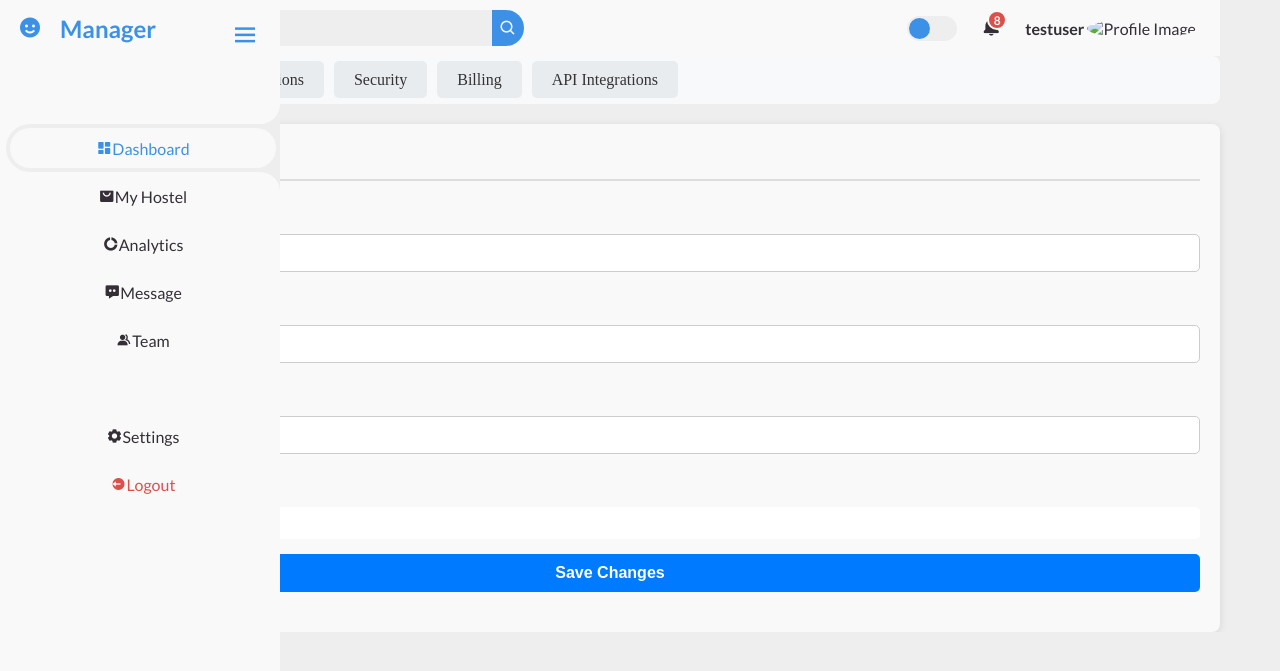
Repository: peter417waweru/hostelkona
Page: http://localhost/settings/
These files come from the project's save history. The page is drawn as it stood at one moment and after the next save; the edit follows.
The browser window is 1280 px wide. The pictures show the whole page.
Empty fields were first filled with sample values (such as "Sample", 5 or name@example.com).
After loading, the first visible `#sidebar-toggle` was clicked once.
The page is served by the project's application, run on Django 5.2 (hostelkona/manage.py). A made-up administrator, testuser (Test User, test@example.com), is signed in. Other server files are loaded and not shown. Queries for data that is not in the repository find no rows.

Above is the page before, as saved 2025-01-26 12:24:46.
Console error: SyntaxError: Identifier 'sidebar' has already been declared

### hostelkona/kona/templates/dashboard/settings.html
{% extends 'dashbase.html' %}
{% block content %}
{% load static %}
<link rel="stylesheet" href="{% static 'styles/settings.css' %}">
<main>

    <!-- SETTINGS NAVIGATION -->
    <div class="settings-navigation">
        <ul>
            <li class="active"><a href="#profile-settings">Profile</a></li>
            <li><a href="#hostel-settings">Hostel</a></li>
            <li><a href="#notifications-settings">Notifications</a></li>
            <li><a href="#security-settings">Security</a></li>
            <li><a href="#billing-settings">Billing</a></li>
            <li><a href="#api-settings">API Integrations</a></li>
        </ul>
    </div>
    <div class="settings-content">
        <!-- Profile Settings -->
        <section id="profile-settings" class="settings-section active">
            <h2>Profile Settings</h2>
            <form>
                <label for="username">Username:</label>
                <input type="text" id="username" value="{{ user.username }}" placeholder="Update your username">

                <label for="email">Email Address:</label>
                <input type="email" id="email" value="{{ user.email }}" placeholder="Update your email">

                <label for="phone">Phone Number:</label>
                <input type="tel" id="phone" value="{{ user.phone }}" placeholder="Enter your phone number">

                <label for="profile-picture">Profile Picture:</label>
                <input type="file" id="profile-picture">

                <button type="submit" class="btn save">Save Changes</button>
            </form>
        </section>

        <!-- Hostel Settings -->
        <section id="hostel-settings" class="settings-section">
            <h2>Hostel Settings</h2>
            <form>
                <label for="hostel-name">Hostel Name:</label>
                <input type="text" id="hostel-name" value="{{ hostel.name }}" placeholder="Enter hostel name">

                <label for="address">Address:</label>
                <textarea id="address" placeholder="Enter hostel address">{{ hostel.address }}</textarea>

                <label for="amenities">Amenities:</label>
                <input type="text" id="amenities" value="{{ hostel.amenities }}" placeholder="Comma-separated list of amenities">

                <button type="submit" class="btn save">Save Changes</button>
            </form>
        </section>

        <!-- Notifications Settings -->
        <section id="notifications-settings" class="settings-section">
            <h2>Notifications Settings</h2>
            <form>
                <label>
                    <input type="checkbox" id="email-notifications" {% if user.email_notifications %}checked{% endif %}>
                    Enable Email Notifications
                </label>

                <label>
                    <input type="checkbox" id="sms-notifications" {% if user.sms_notifications %}checked{% endif %}>
                    Enable SMS Notifications
                </label>

                <button type="submit" class="btn save">Save Changes</button>
            </form>
        </section>

        <!-- Security Settings -->
        <section id="security-settings" class="settings-section">
            <h2>Security Settings</h2>
            <form>
                <label for="current-password">Current Password:</label>
                <input type="password" id="current-password" placeholder="Enter your current password">

                <label for="new-password">New Password:</label>
                <input type="password" id="new-password" placeholder="Enter a new password">

                <label for="confirm-password">Confirm Password:</label>
                <input type="password" id="confirm-password" placeholder="Re-enter the new password">

                <button type="submit" class="btn save">Update Password</button>
            </form>
        </section>

        <!-- Billing Settings -->
        <section id="billing-settings" class="settings-section">
            <h2>Billing Settings</h2>
            <form>
                <label for="card-number">Card Number:</label>
                <input type="text" id="card-number" placeholder="Enter your credit card number">

                <label for="billing-address">Billing Address:</label>
                <textarea id="billing-address" placeholder="Enter your billing address">{{ user.billing_address }}</textarea>

                <button type="submit" class="btn save">Save Billing Info</button>
            </form>
        </section>

        <!-- API Integrations -->
        <section id="api-settings" class="settings-section">
            <h2>API Integrations</h2>
            <form>
                <label for="api-key">API Key:</label>
                <input type="text" id="api-key" value="{{ user.api_key }}" readonly>

                <button type="button" class="btn regenerate">Regenerate API Key</button>
            </form>
        </section>
    </div>
</main>
<script src="{% static 'js/dashboard.js' %}"></script>
{% endblock content %}

### hostelkona/templates/dashbase.html
<!DOCTYPE html>
<html lang="en">
<head>
	<meta charset="UTF-8">
	<meta name="viewport" content="width=device-width, initial-scale=1.0">

	<!-- Boxicons -->
	<link href='https://unpkg.com/boxicons@2.0.9/css/boxicons.min.css' rel='stylesheet'>
	<!-- My CSS -->
	{% load static %}
	<link rel="stylesheet" href="{% static 'css/dashbase.css' %}">
	<title>Manager Dashboard</title>
</head>
<body>

	<!-- SIDEBAR -->
	<section id="sidebar">
		<a href="#" class="brand">
			<i class='bx bxs-smile'></i>
			<span class="text">Manager</span>
		</a>
		<button id="sidebar-toggle" class="sidebar-toggle">
			<i class='bx bx-menu'></i>
		</button>
		<ul class="side-menu top">
			<li class="active">
				<a href="#">
					<i class='bx bxs-dashboard'></i>
					<span class="text">Dashboard</span>
				</a>
			</li>
			<li>
				<a href="{% url 'manager_hostels' %}">
					<i class='bx bxs-shopping-bag-alt'></i>
					<span class="text">My Hostel</span>
				</a>
			</li>
			<li>
				<a href="#">
					<i class='bx bxs-doughnut-chart'></i>
					<span class="text">Analytics</span>
				</a>
			</li>
			<li>
				<a href="#">
					<i class='bx bxs-message-dots'></i>
					<span class="text">Message</span>
				</a>
			</li>
			<li>
				<a href="#">
					<i class='bx bxs-group'></i>
					<span class="text">Team</span>
				</a>
			</li>
		</ul>
		<ul class="side-menu">
			<li id="settings-link">
				<a href="{% url 'settings' %}" class="{% if request.path == '/settings/' %}active{% endif %}">
					<i class='bx bxs-cog'></i>
					<span class="text">Settings</span>
				</a>
			</li>

			<li>
				<a href="{% url 'logout' %}" class="logout">
					<i class='bx bxs-log-out-circle'></i>
					<span class="text">Logout</span>
				</a>
			</li>
		</ul>
	</section>

	<!-- CONTENT -->
	<section id="content">
		<!-- NAVBAR -->
		<nav>
			<a href="#" class="nav-link">Categories</a>
			<form action="#">
				<div class="form-input">
					<input type="search" placeholder="Search...">
					<button type="submit" class="search-btn"><i class='bx bx-search'></i></button>
				</div>
			</form>
			<input type="checkbox" id="switch-mode" hidden>
			<label for="switch-mode" class="switch-mode"></label>
			<a href="#" class="notification">
				<i class='bx bxs-bell'></i>
				<span class="num">8</span>
			</a>

			<!-- Profile Image (Dynamic) -->
			<a href="{% if is_hostel_manager %}{% url 'settings' %}#profile-settings{% else %}{% url 'profile' %}{% endif %}" class="profile">
				<strong>{{ request.user.username }}</strong>
				<img src="{{ request.user.profile.profile_picture.url }}" alt="Profile Image">
			</a>
		</nav>

		<!-- MAIN CONTENT -->
		<div class="main-content">
			{% block content %}
			<!-- Child template content will be injected here -->
			{% endblock content %}
		</div>
	</section>

	<script src="{% static 'js/dashboard.js' %}"></script>
</body>
</html>

### hostelkona/hostelkona/urls.py
"""
URL configuration for hostelkona project.

The `urlpatterns` list routes URLs to views. For more information please see:
    https://docs.djangoproject.com/en/5.1/topics/http/urls/
Examples:
Function views
    1. Add an import:  from my_app import views
    2. Add a URL to urlpatterns:  path('', views.home, name='home')
Class-based views
    1. Add an import:  from other_app.views import Home
    2. Add a URL to urlpatterns:  path('', Home.as_view(), name='home')
Including another URLconf
    1. Import the include() function: from django.urls import include, path
    2. Add a URL to urlpatterns:  path('blog/', include('blog.urls'))
"""
from django.contrib import admin
from django.urls import path, include

urlpatterns = [
    path('admin/', admin.site.urls),
    path('', include('kona.urls'))
]

### hostelkona/kona/urls.py
from django.urls import path
from django.conf import settings
from django.conf.urls.static import static
from . import views

urlpatterns = [
    path('', views.home_page, name='home_page'),
    path('register/', views.customer_register, name='register'),
    path('login/', views.login_view, name='login'),
    path('logout/', views.logout_view, name='logout'),
    path('profile/', views.profile_view, name='profile'),
    path('hostels/<int:hostel_id>/rooms/', views.hostel_rooms, name='hostel_rooms'),
    path('rooms/<int:room_id>/book/', views.book_room, name='book_room'),
    path('application-success/', views.application_success, name='application_success'),

    path('about-us/', views.about_us, name='about_us'),
    path('privacy-policy/', views.privacy_policy, name='privacy_policy'),
    path('terms-conditions/', views.terms_conditions, name='terms_conditions'),
    path('contact-us/', views.contact_us, name='contact_us'),
    path('cart/', views.view_cart, name='cart'),
    path('help/', views.help_page, name='help'),

    path('download-receipt/<str:receipt_id>/', views.download_receipt, name='download_receipt'),
    path('dashboard/download-pdf/', views.download_dashboard_pdf, name='download_dashboard_pdf'),
    path('dashboard/', views.dashboard, name='dashboard'),


    path('<int:hostel_id>/detail/', views.hostel_details, name='hostel_details'),
    path('dashboard/my-hostels/', views.manager_hostels, name='manager_hostels'),
    path('booking_success/', views.booking_success, name='booking_success'),

    path('dashboard/add-hostel/', views.add_hostel, name='add_hostel'),
    path('dashboard/update-hostel/<int:pk>/', views.update_hostel, name='update_hostel'),
    path('dashboard/delete-hostel/<int:hostel_id>/', views.delete_hostel, name='delete_hostel'),
    path('hostel/<int:hostel_id>/add-room/', views.add_room, name='add_room'),

    path('room/<int:id>/update/', views.update_room, name='update_room'),
    path('room/<int:id>/delete/', views.delete_room, name='delete_room'),
    path('update-profile/', views.update_profile, name='update_profile'),

    path('notifications/mark-read/', views.mark_notifications_read, name='mark_notifications_read'),
    path('dashboard/view_booking_requests/', views.view_booking_requests, name='view_booking_requests'),
    path('requests/<int:request_id>/', views.manage_booking_request, name='manage_booking_request'),

    path('settings/', views.settings_view, name='settings'),
    path('update_settings/', views.update_settings, name='update_settings'),

]


if settings.DEBUG:
    urlpatterns += static(settings.MEDIA_URL, document_root=settings.MEDIA_ROOT)

### hostelkona/static/css/dashbase.css
@import url('https://fonts.googleapis.com/css2?family=Lato:wght@400;700&family=Poppins:wght@400;500;600;700&display=swap');

* {
	margin: 0;
	padding: 0;
	box-sizing: border-box;
}

a {
	text-decoration: none;
}

li {
	list-style: none;
}

:root {
	--poppins: 'Poppins', sans-serif;
	--lato: 'Lato', sans-serif;

	--light: #F9F9F9;
	--blue: #3C91E6;
	--light-blue: #CFE8FF;
	--grey: #eee;
	--dark-grey: #AAAAAA;
	--dark: #342E37;
	--red: #DB504A;
	--yellow: #FFCE26;
	--light-yellow: #FFF2C6;
	--orange: #FD7238;
	--light-orange: #FFE0D3;
}

html {
	overflow-x: hidden;
}

body.dark {
	--light: #0C0C1E;
	--grey: #060714;
	--dark: #FBFBFB;
}

body {
	background: var(--grey);
	overflow-x: hidden;
}
/* SIDEBAR */
#sidebar {
    position: fixed;
    top: 0;
    left: 0;
    width: 280px;
    height: 100%;
    background: var(--light);
    z-index: 2000;
    font-family: var(--lato);
    transition: .3s ease;
    overflow-x: hidden;
    scrollbar-width: none;
}

#sidebar::--webkit-scrollbar {
    display: none;
}

#sidebar.hide .brand {
    width: 60px;
    /* Collapse the sidebar width */
}

#sidebar .brand {
    font-size: 24px;
    font-weight: 700;
    height: 56px;
    display: flex;
    align-items: center;
    color: var(--blue);
    position: sticky;
    top: 0;
    left: 0;
    background: var(--light);
    z-index: 500;
    padding-bottom: 20px;
    box-sizing: content-box;
}

#sidebar .brand .bx {
    min-width: 60px;
    display: flex;
    justify-content: center;
}

#sidebar .side-menu {
    width: 100%;
    margin-top: 48px;
}

#sidebar .side-menu li {
    height: 48px;
    background: transparent;
    margin-left: 6px;
    border-radius: 48px 0 0 48px;
    padding: 4px;
}

#sidebar .side-menu li.active {
    background: var(--grey);
    position: relative;
}

#sidebar .side-menu li.active::before {
    content: '';
    position: absolute;
    width: 40px;
    height: 40px;
    border-radius: 50%;
    top: -40px;
    right: 0;
    box-shadow: 20px 20px 0 var(--grey);
    z-index: -1;
}

#sidebar .side-menu li.active::after {
    content: '';
    position: absolute;
    width: 40px;
    height: 40px;
    border-radius: 50%;
    bottom: -40px;
    right: 0;
    box-shadow: 20px -20px 0 var(--grey);
    z-index: -1;
}

#sidebar .side-menu li a {
    width: 100%;
    height: 100%;
    background: var(--light);
    display: flex;
    align-items: center;
    border-radius: 48px;
    font-size: 16px;
    color: var(--dark);
    white-space: nowrap;
    overflow-x: hidden;
}

/* Light Theme */
body.light-theme {
    --sidebar-toggle-color: #3C91E6;
}

/* Dark Theme */
body.dark-theme {
    --sidebar-toggle-color: white;
}

/* SIDEBAR TOGGLE BUTTON */
#sidebar-toggle {
    position: absolute;
    top: 20px;
    right: 20px;
    background: none;
    border: none;
    color: var(--sidebar-toggle-color); /* Use the theme-specific color */
    font-size: 30px;
    cursor: pointer;
    z-index: 1001;
}



#sidebar .side-menu.top li.active a {
    color: var(--blue);
}

#sidebar.hide .side-menu li a {
    justify-content: center; /* Center icons when collapsed */
    overflow: hidden; /* Prevent hidden text from affecting layout */
}

#sidebar .side-menu li a.logout {
    color: var(--red);
}

#sidebar .side-menu.top li a:hover {
    color: var(--blue);
}

#sidebar.hide .side-menu li a .bx {
    margin-right: 0; /* Remove icon spacing when sidebar is collapsed */
}


@media (max-width: 768px) {
	#sidebar.hide {
	  left: -280px;
	}
	#sidebar {
	  left: 0;  /* Show the sidebar by default on larger screens */
	}
  }
 /* SIDEBAR */


/* Default light theme (no changes required) */

/* Dark theme styles */
body.dark {
    background-color: #121212;
    color: #ffffff;
}

body.dark #sidebar {
    background-color: #1f1f1f;
}

body.dark .side-menu a {
    color: #ffffff;
}

body.dark .side-menu a:hover {
    background-color: #333333;
}

body.dark .box-info {
    background-color: #1e1e1e;
}

body.dark .table-data .order {
    background-color: #1e1e1e;
    color: #ffffff;
}


/* CONTENT ADJUSTMENT */
#content {
    width: calc(100% - 280px);
    left: 280px;
    transition: all 0.3s ease;
}

#sidebar.hide ~ #content {
    width: calc(100% - 60px); /* Adjust width for collapsed sidebar */
    left: 60px; /* Align content with collapsed sidebar */
}



/* NAVBAR */
#content nav {
	height: 56px;
	background: var(--light);
	padding: 0 24px;
	display: flex;
	align-items: center;
	grid-gap: 24px;
	font-family: var(--lato);
	position: sticky;
	top: 0;
	left: 0;
	z-index: 1000;
}
#content nav::before {
	content: '';
	position: absolute;
	width: 40px;
	height: 40px;
	bottom: -40px;
	left: 0;
	border-radius: 50%;
	box-shadow: -20px -20px 0 var(--light);
}
#content nav a {
	color: var(--dark);
}
#content nav .bx.bx-menu {
	cursor: pointer;
	color: var(--dark);
}
#content nav .nav-link {
	font-size: 16px;
	transition: .3s ease;
}
#content nav .nav-link:hover {
	color: var(--blue);
}
#content nav form {
	max-width: 400px;
	width: 100%;
	margin-right: auto;
}
#content nav form .form-input {
	display: flex;
	align-items: center;
	height: 36px;
}
#content nav form .form-input input {
	flex-grow: 1;
	padding: 0 16px;
	height: 100%;
	border: none;
	background: var(--grey);
	border-radius: 36px 0 0 36px;
	outline: none;
	width: 100%;
	color: var(--dark);
}
#content nav form .form-input button {
	width: 36px;
	height: 100%;
	display: flex;
	justify-content: center;
	align-items: center;
	background: var(--blue);
	color: var(--light);
	font-size: 18px;
	border: none;
	outline: none;
	border-radius: 0 36px 36px 0;
	cursor: pointer;
}
#content nav .notification {
	font-size: 20px;
	position: relative;
}
#content nav .notification .num {
	position: absolute;
	top: -6px;
	right: -6px;
	width: 20px;
	height: 20px;
	border-radius: 50%;
	border: 2px solid var(--light);
	background: var(--red);
	color: var(--light);
	font-weight: 700;
	font-size: 12px;
	display: flex;
	justify-content: center;
	align-items: center;
}
#content nav .profile img {
	width: 36px;
	height: 36px;
	object-fit: cover;
	border-radius: 50%;
}
#content nav .switch-mode {
	display: block;
	min-width: 50px;
	height: 25px;
	border-radius: 25px;
	background: var(--grey);
	cursor: pointer;
	position: relative;
}
#content nav .switch-mode::before {
	content: '';
	position: absolute;
	top: 2px;
	left: 2px;
	bottom: 2px;
	width: calc(25px - 4px);
	background: var(--blue);
	border-radius: 50%;
	transition: all .3s ease;
}
#content nav #switch-mode:checked + .switch-mode::before {
	left: calc(100% - (25px - 4px) - 2px);
}
/* NAVBAR */

### hostelkona/kona/static/styles/settings.css

/* SETTINGS NAVIGATION */
.settings-navigation {
    background: #f8f9fa;
    padding: 15px;
    border-radius: 8px;
    margin-bottom: 20px;
}

.settings-navigation ul {
    list-style: none;
    padding: 0;
    display: flex;
    flex-wrap: wrap;
    gap: 10px;
}

.settings-navigation ul li {
    margin: 0;
}

.settings-navigation ul li a {
    text-decoration: none;
    padding: 10px 20px;
    background: #e9ecef;
    color: #333;
    border-radius: 5px;
    transition: all 0.3s;
}

.settings-navigation ul li.active a,
.settings-navigation ul li a:hover {
    background: #3C91E6;
    color: #fff;
}

/* SETTINGS SECTION STYLING */
.settings-content {
    padding: 20px;
    background-color: #f9f9f9;
    border-radius: 8px;
    box-shadow: 0 2px 8px rgba(0, 0, 0, 0.1);
    margin-top: 20px;
}

.settings-content h2 {
    font-size: 24px;
    font-weight: bold;
    margin-bottom: 15px;
    color: #333;
    border-bottom: 2px solid #ddd;
    padding-bottom: 8px;
}

.settings-section {
    display: none;
    margin-bottom: 20px;
}

.settings-section.active {
    display: block;
}

.settings-section form {
    display: flex;
    flex-direction: column;
    gap: 15px;
}

.settings-section label {
    font-weight: 600;
    color: #555;
    margin-bottom: 5px;
    display: block;
}

.settings-section input,
.settings-section textarea {
    width: 100%;
    padding: 10px 12px;
    border: 1px solid #ccc;
    border-radius: 5px;
    font-size: 14px;
    background-color: #fff;
    color: #333;
    transition: border-color 0.3s ease-in-out;
}

.settings-section input:focus,
.settings-section textarea:focus {
    border-color: #007bff;
    outline: none;
    box-shadow: 0 0 4px rgba(0, 123, 255, 0.4);
}

.settings-section textarea {
    resize: none;
    min-height: 100px;
}

.settings-section .btn.save {
    background-color: #007bff;
    color: #fff;
    padding: 10px 15px;
    border: none;
    border-radius: 5px;
    cursor: pointer;
    font-size: 16px;
    font-weight: bold;
    transition: background-color 0.3s ease-in-out;
}

.settings-section .btn.save:hover {
    background-color: #0056b3;
}

.settings-section .btn.regenerate {
    background-color: #6c757d;
    color: #fff;
    padding: 8px 12px;
    border: none;
    border-radius: 5px;
    cursor: pointer;
    font-size: 14px;
    font-weight: bold;
    transition: background-color 0.3s ease-in-out;
}

.settings-section .btn.regenerate:hover {
    background-color: #5a6268;
}

.settings-section input[type="checkbox"] {
    margin-right: 8px;
}

.settings-section label > input[type="checkbox"] {
    margin-right: 10px;
    accent-color: #007bff;
}

.settings-section input[type="file"] {
    border: none;
    padding: 5px 0;
    font-size: 14px;
}

/* RESPONSIVE DESIGN */
@media screen and (max-width: 768px) {
    .settings-content {
        padding: 15px;
    }

    .settings-section form {
        gap: 12px;
    }

    .settings-content h2 {
        font-size: 20px;
    }

    .settings-section .btn.save,
    .settings-section .btn.regenerate {
        font-size: 14px;
        padding: 8px 12px;
    }
}

Loaded but not shown: hostelkona/kona/static/js/dashboard.js (76 lines, source omitted); hostelkona/kona/views.py (490 lines, source omitted)

After the next save:
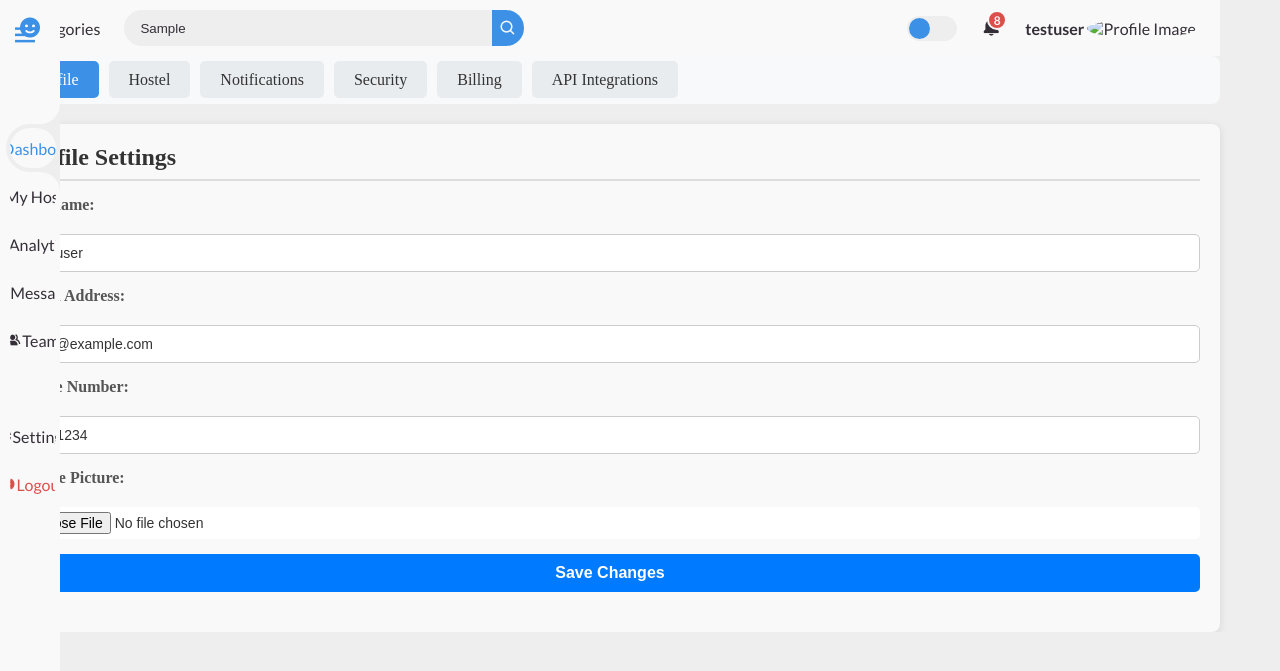
Saved 41 s later.
--- a/hostelkona/static/css/dashbase.css
+++ b/hostelkona/static/css/dashbase.css
@@ -173,6 +173,12 @@ body.dark-theme {
 
 #sidebar .side-menu.top li.active a {
     color: var(--blue);
+}
+
+#sidebar.hide {
+    width: 60px; /* Reduced width for collapsed sidebar */
+    overflow: hidden; /* Ensure hidden text or elements don't affect layout */
+    transition: all 0.3s ease;
 }
 
 #sidebar.hide .side-menu li a {
